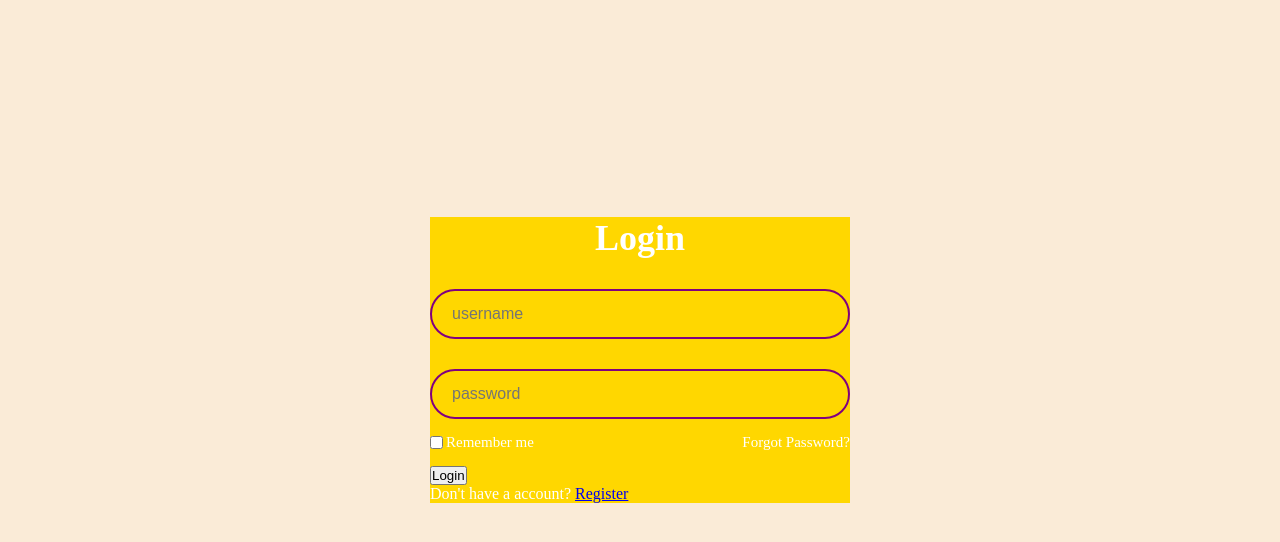
Repository: Kubraaygun/Html_Css_Login
Page: index.html
An editor plug-in stored every save of this project. The page is shown before and after the next save, followed by the edit.
The browser window is 1280 px wide. The pictures show the whole page.

Above is the page before, as saved 2025-03-05 19:42:19.

After the next save:
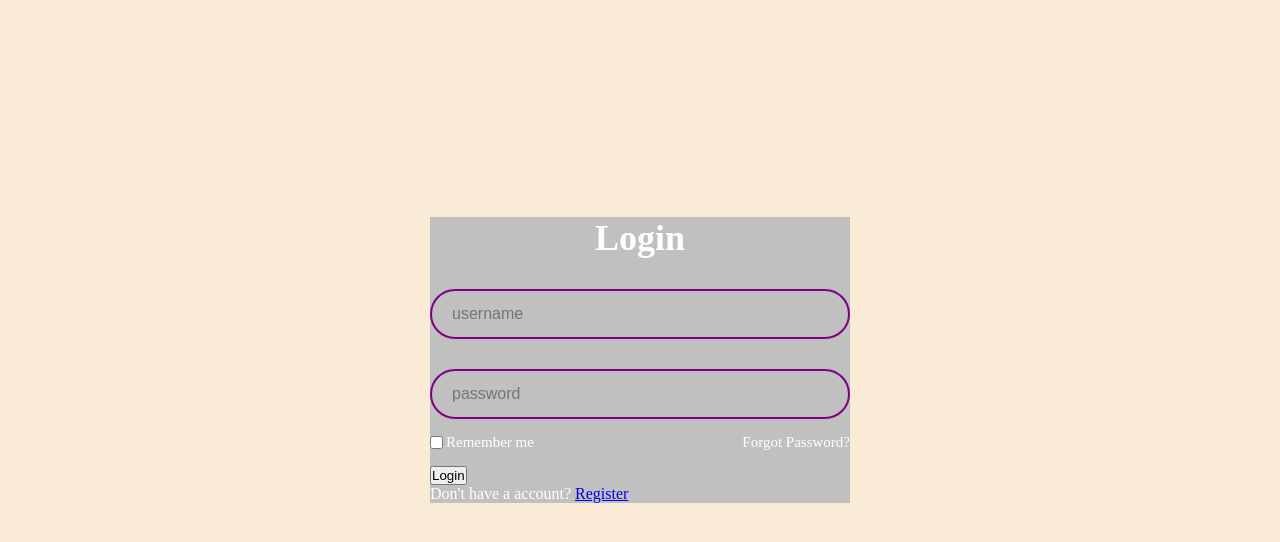
Saved 4 s later.
--- a/style.css
+++ b/style.css
@@ -14,7 +14,7 @@ body {
 
 .container {
   width: 420px;
-  background-color: gold;
+  background-color: silver;
   color: white;
 }
 
